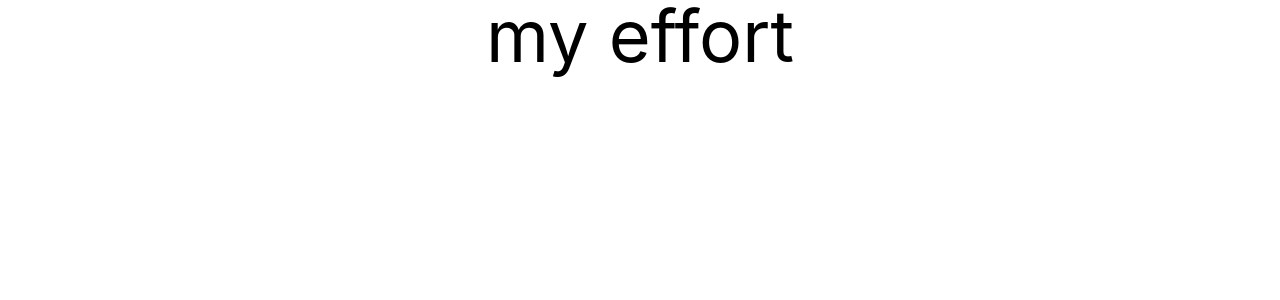
Repository: Devloper-solaiman/my-effort
Page: /
An editor plug-in stored every save of this project. The page is shown before and after the next save, followed by the edit.
The browser window is 1280 px wide. The pictures show the whole page.
Pictures or frames that could not be fetched are drawn as grey boxes. The project was rebuilt for these pictures with package versions that can differ from the ones it lists, and the page was loaded fresh each time. Also part of the build but not shown: src/App.css.

Above is the page before, as saved 2023-04-10 17:48:45.

After the next save:
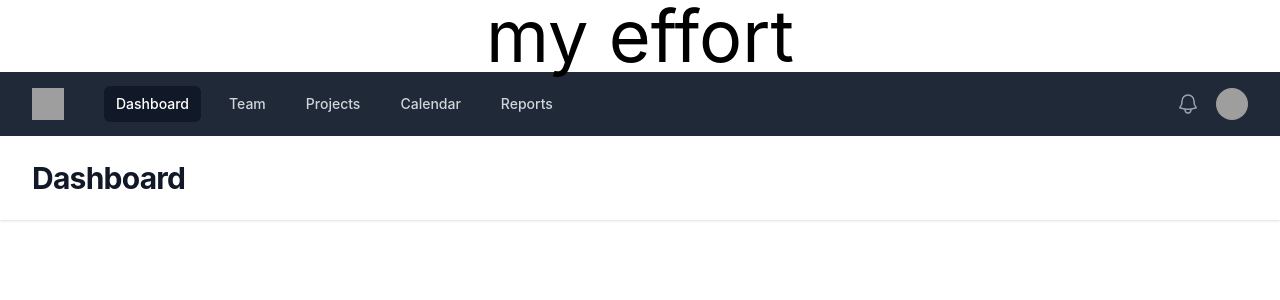
Saved 68 s later.
--- a/src/App.js
+++ b/src/App.js
@@ -1,10 +1,11 @@
-import logo from './logo.svg';
+import Home from './Components/Home/Home';
 import './App.css';
 
 function App() {
   return (
     <>
       <h1 className='text-7xl text-center'>my effort</h1>
+      <Home></Home>
     </>
   );
 }

After the save that followed:
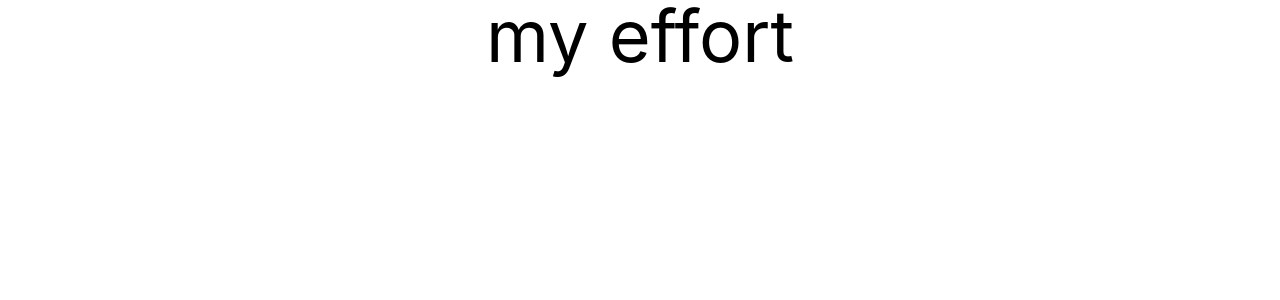
Saved 72 s later.
--- a/src/App.js
+++ b/src/App.js
@@ -1,11 +1,10 @@
-import Home from './Components/Home/Home';
 import './App.css';
 
 function App() {
   return (
     <>
       <h1 className='text-7xl text-center'>my effort</h1>
-      <Home></Home>
+
     </>
   );
 }
